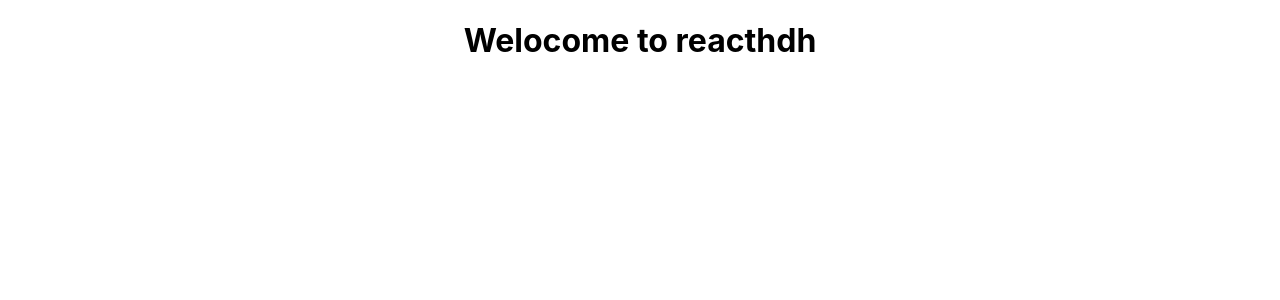
Repository: Green-Technologies-Angular/React-js
Page: /
The author's editor kept a copy of each file at every save. The page is drawn from the files as they stood at one save, then again after the next save.
The browser window is 1280 px wide. The pictures show the whole page.
The project was rebuilt for these pictures with package versions that can differ from the ones it lists, and the page was loaded fresh each time.

Above is the page before, as saved 2019-03-07 10:25:30.

### public/index.html
<!DOCTYPE html>
<html lang="en">
  <head>
    <meta charset="utf-8" />
    <link rel="shortcut icon" href="%PUBLIC_URL%/favicon.ico" />
    <meta
      name="viewport"
      content="width=device-width, initial-scale=1, shrink-to-fit=no"
    />
    <meta name="theme-color" content="#000000" />
    <!--
      manifest.json provides metadata used when your web app is installed on a
      user's mobile device or desktop. See https://developers.google.com/web/fundamentals/web-app-manifest/
    -->
    <link rel="manifest" href="%PUBLIC_URL%/manifest.json" />
    <!--
      Notice the use of %PUBLIC_URL% in the tags above.
      It will be replaced with the URL of the `public` folder during the build.
      Only files inside the `public` folder can be referenced from the HTML.

      Unlike "/favicon.ico" or "favicon.ico", "%PUBLIC_URL%/favicon.ico" will
      work correctly both with client-side routing and a non-root public URL.
      Learn how to configure a non-root public URL by running `npm run build`.
    -->
    <title>React App</title>
  </head>
  <body>
    <noscript>You need to enable JavaScript to run this app.</noscript>
    <div id="root">

    </div>
    <!--
      This HTML file is a template.
      If you open it directly in the browser, you will see an empty page.

      You can add webfonts, meta tags, or analytics to this file.
      The build step will place the bundled scripts into the <body> tag.

      To begin the development, run `npm start` or `yarn start`.
      To create a production bundle, use `npm run build` or `yarn build`.
    -->
  </body>
</html>

### src/App.js
import React, { Component } from 'react';
import logo from './logo.svg';
import './App.css';

class App extends Component {
  render() {
    return (
      <div className="App">
        <h1>Welocome to reacthdh</h1>
      </div>
    );
  }
}

export default App;

Loaded but not shown: src/index.js (common file); src/index.css (common file); src/serviceWorker.js (common file); src/App.css (common file)

After the next save:
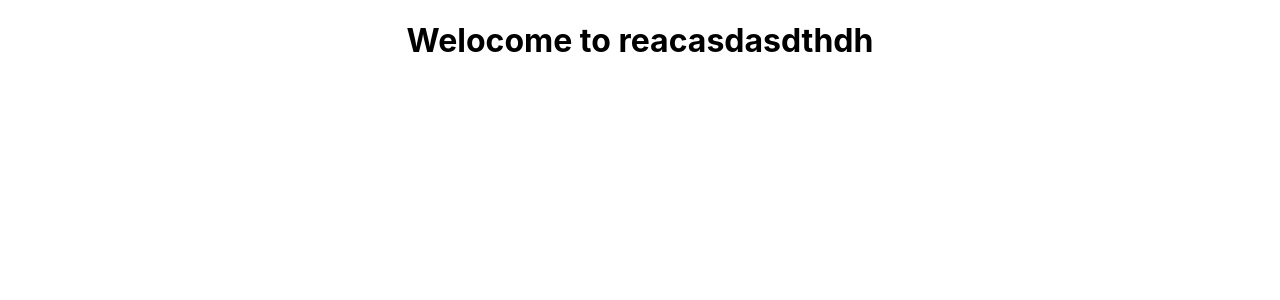
Saved 10 days later.
--- a/src/App.js
+++ b/src/App.js
@@ -6,7 +6,7 @@ class App extends Component {
   render() {
     return (
       <div className="App">
-        <h1>Welocome to reacthdh</h1>
+        <h1>Welocome to reacasdasdthdh</h1>
       </div>
     );
   }
